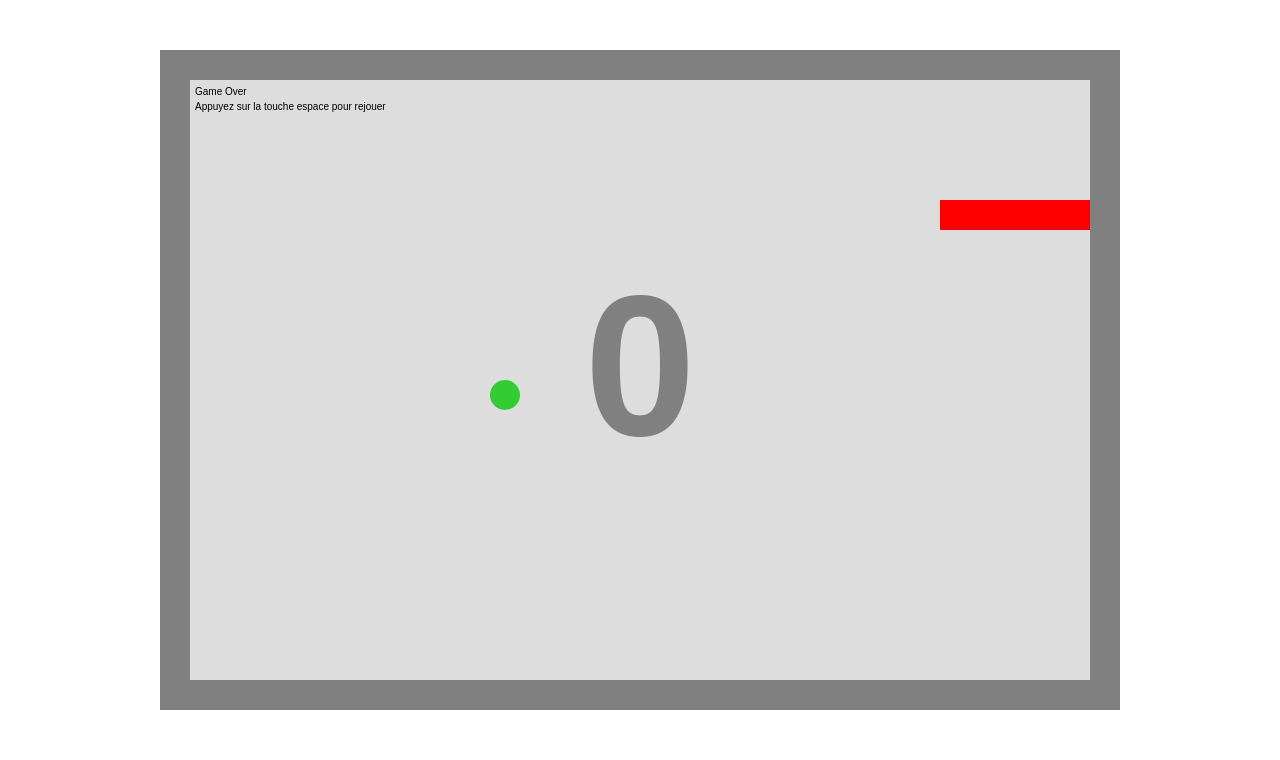
Repository: Loetitia27006/snake
Page: index.html
An editor plug-in stored every save of this project. The page is shown before and after the next save, followed by the edit.
The browser window is 1280 px wide. The pictures show the whole page.

Above is the page before, as saved 2023-03-24 16:31:53.

### index.html
<!DOCTYPE html>
<html lang="en">
<head>
    <meta charset="UTF-8">
    <meta http-equiv="X-UA-Compatible" content="IE=edge">
    <meta name="viewport" content="width=device-width, initial-scale=1.0">
    <title>Snake Game</title>
</head>
<body>

</body>
<script src="script.js"></script>
</html>

### script.js
window.onload = function () {
  var canvasWidth = 900;
  var canvasHeight = 600;
  var blockSize = 30;
  var ctx;
  var delay = 100;
  var snakee;
  var applee;
  var widthInBlocks = canvasWidth/blockSize;
  var heightInBlocks = canvasHeight/blockSize;
  var score;

  init();

  function init() {
    var canvas = document.createElement("canvas");
    canvas.width = canvasWidth;
    canvas.height = canvasHeight;
    canvas.style.border = "30px solid gray";
    canvas.style.margin = "50px auto";
    canvas.style.display = "block";
    canvas.style.backgroundColor = "#ddd";
    document.body.appendChild(canvas);
    ctx = canvas.getContext("2d");
    snakee = new Snake([[6, 4],[5, 4],[4, 4],[3, 4], [2, 4]], "right");
    applee = new Apple([10, 10]);
    score = 0;
    refreshCanvas();
  }

  function refreshCanvas() {
    snakee.advance();
    if(snakee.checkCollision()){
        gameOver();
    }else{
      if(snakee.isEatingApple(applee)){
        score++;
        snakee.ateApple = true;
        do{
          applee.setNewPosition();
        }while(applee.isOnSnake(snakee))
      }
      ctx.clearRect(0, 0, canvasWidth, canvasHeight);
      drawScore();
      snakee.draw();
      applee.draw();
      setTimeout(refreshCanvas, delay);
    }

  }
  function gameOver(){
    ctx.save();
    ctx.fillText("Game Over", 5, 15);
    ctx.fillText("Appuyez sur la touche espace pour rejouer",5 ,30)
    ctx.restore();
  }

  function restart(){
    snakee = new Snake(
      [
        [6, 4],
        [5, 4],
        [4, 4],
        [3, 4] ,
        [2, 4],
      ],
      "right"
    );
    applee = new Apple([10, 10]);
    score = 0;
    refreshCanvas();
  }

  function drawScore(){
    ctx.save();
    ctx.font = "bold 200px sans-serif";
    ctx.fillStyle = "gray";
    ctx.textAlign = "center";
    ctx.textBaseline = "middle";
    var centreX = canvasWidth/2;
    var centreY = canvasHeight/2;
    ctx.fillText(score.toString(), centreX, centreY);
    ctx.restore();
  }

  function drawBlock(ctx, position){
    var x = position[0] * blockSize;
    var y = position[1] * blockSize;
    ctx.fillRect(x, y, blockSize, blockSize)
  }

  function Snake(body, direction) {
    this.body = body;
    this.direction = direction
    this.ateApple = false;
    this.draw = function () {
      ctx.save();
      ctx.fillStyle = "#ff0000";
      for (var i = 0; i < this.body.length; i++) {
        drawBlock(ctx, this.body[i]);
      }
      ctx.restore();
    };
    this.advance = function () {
        var nextPosition = this.body[0].slice();
        switch (this.direction) {
          case "left":
            nextPosition[0] -= 1;
            break;
          case "right":
            nextPosition[0] += 1;
            break;
          case "down":
            nextPosition[1] += 1;
            break;
          case "up":
            nextPosition[1] -= 1;
            break;
          default:
            throw("Invalid direction" + this.direction);
        }
        this.body.unshift(nextPosition);
        if(!this.ateApple)
          this.body.pop();
        else
          this.ateApple = false;
    };
    this.setDirection= function(newDirection) {
      var allowedDirection;
      switch (this.direction) {
        case "left":
        case "right":
          allowedDirection = ["up", "down"];
          break;
        case "down":
        case "up":
          allowedDirection = ["left", "right"];
          break;
        default:
          throw("invalid direction: " + this.direction);
      }
      if(allowedDirection.indexOf(newDirection)>-1){
        this.direction = newDirection;
      }
    }
    this.checkCollision = function(){
      var wallCollision = false;
      var snakeCollision = false;
      var head = this.body[0];
      var rest = this.body.slice(1);
      var snakeX = head[0];
      var snakeY = head[1];
      var minX = 0;
      var minY = 0;
      var maxX = widthInBlocks - 1;
      var maxY = heightInBlocks - 1;
      var isNotBetweenHorizontalWalls = snakeX < minX || snakeX > maxX;
      var isNotBetweenVerticalWalls = snakeY < minY || snakeY > maxY;

      if(isNotBetweenHorizontalWalls || isNotBetweenVerticalWalls) {
        wallCollision = true;
      }
      for(var i = 0; i < rest.length; i++) {
        if(snakeX === rest[i][0] && snakeY === rest[i][1]) {
          snakeCollision = true;
      }
    }
    return wallCollision || snakeCollision;
  };
  this.isEatingApple = function (appleToEat) {
    var head = this.body[0];
    if (
      head[0] === appleToEat.position[0] &&
      head[1] === appleToEat.position[1]
    ) {
      return true;
    } else {
      return false;
    }
  };
}
  function Apple(position){
    this.position = position;
    this.draw = function(){
      ctx.save();
      ctx.fillStyle = "#33cc33";
      var radius = blockSize/2;
      var x = this.position[0]*blockSize + radius;
      var y = this.position[1]*blockSize + radius;
      ctx.beginPath();
      ctx.arc(x, y, radius, 0, Math.PI*2, true);
      ctx.fill();
      ctx.restore();
    }
    this.setNewPosition = function(){
      var newX = Math.round(Math.random()*(widthInBlocks - 1));
      var newY = Math.round(Math.random()*(heightInBlocks - 1));
      this.position = [newX, newY];
    }
    this.isOnSnake = function(snakeToCheck){
      var isOnSnake = false;
      for(var i=0; i< snakeToCheck.body.length; i++){
        if (this.position[0]=== snakeToCheck.body[i][0] && this.position[1]=== snakeToCheck.body[i][1]){
          isOnSnake = true;
        }
      }
      return isOnSnake;
    }
  }

  document.onkeydown = function handleKeyDown(e) {
    var key = e.keyCode;
    var newDirection;
    switch (key) {
      case 37:
        newDirection = "left";
        break;
      case 38:
        newDirection = "up";
        break;
      case 39:
        newDirection = "right";
        break;
      case 40:
        newDirection = "down";
        break;
      case 32:
        restart();
        return;
      default:
        return;
    }
    snakee.setDirection(newDirection);
  };
};

After the next save:
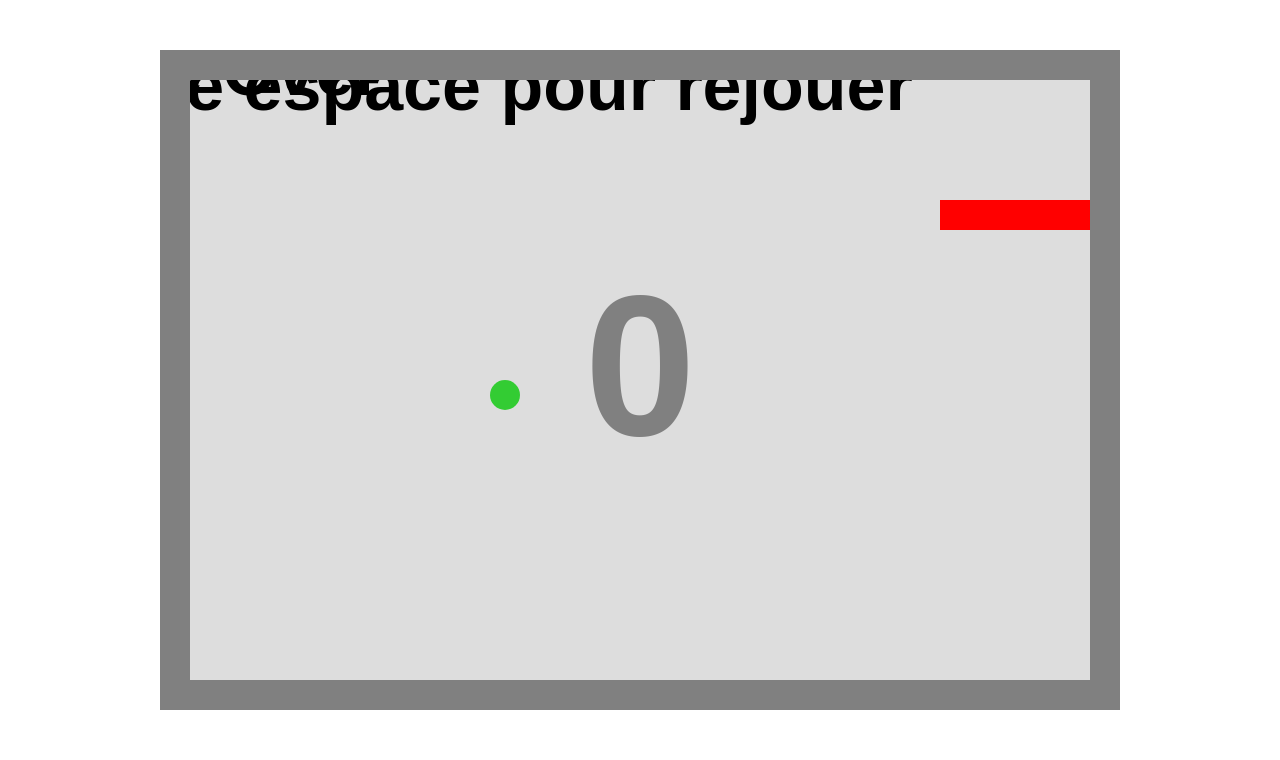
Saved 4 min 32 s later.
--- a/script.js
+++ b/script.js
@@ -50,6 +50,10 @@ window.onload = function () {
   }
   function gameOver(){
     ctx.save();
+    ctx.font = "bold 70px sans-serif";
+    ctx.fillStyle = "black";
+    ctx.textAlign = "center";
+    ctx.textBaseline = "center";
     ctx.fillText("Game Over", 5, 15);
     ctx.fillText("Appuyez sur la touche espace pour rejouer",5 ,30)
     ctx.restore();
